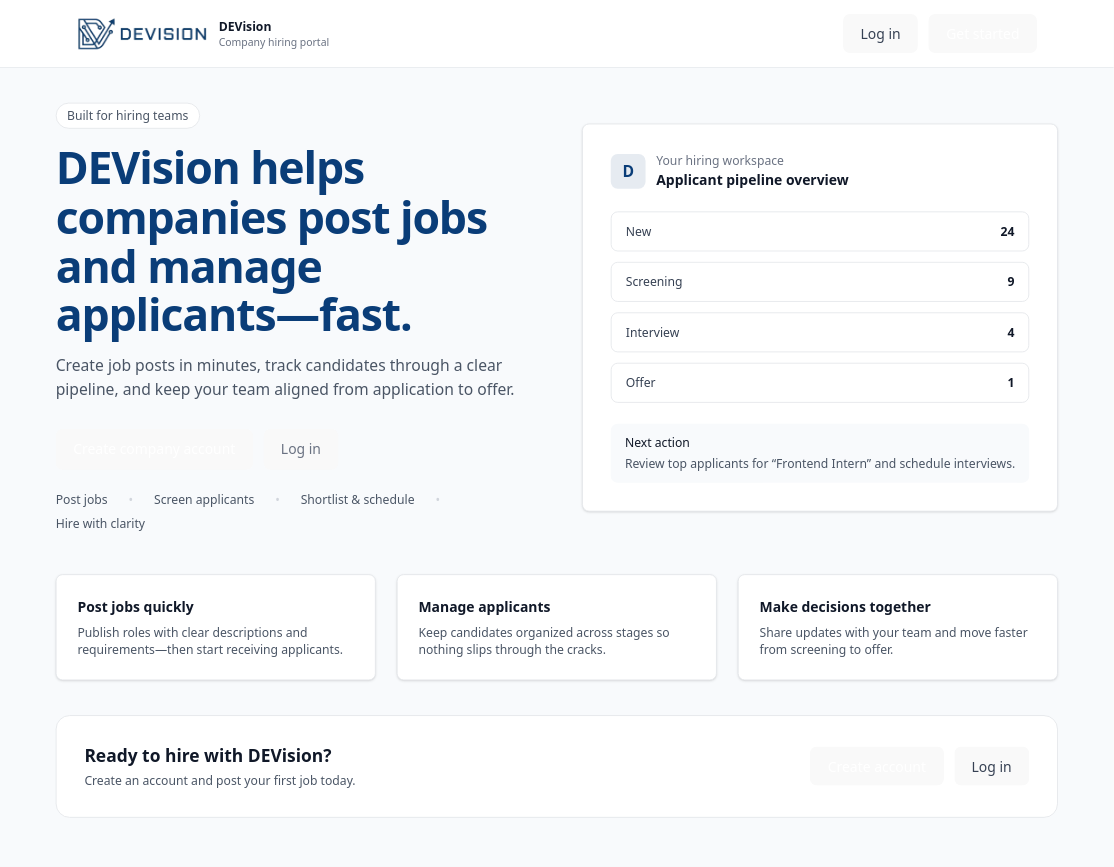
Repository: ISYS3461-2025C-Mulan-DEVision/JobManager_FE
Page: /
These files come from the project's save history. The page is drawn as it stood at one moment and after the next save; the edit follows.
The browser window is 1280 px wide. The pictures show the whole page, at 87% of full size.
The project was rebuilt for these pictures with package versions that can differ from the ones it lists, and the page was loaded fresh each time. Also part of the build but not shown: vite.config.js, src/components/ui/Input/Input.tsx, src/components/ui/Spinner/Spinner.tsx, src/components/ui/Alert/Alert.tsx, src/components/ui/GoogleLogo/GoogleLogo.tsx, src/components/headless/Form/Form.tsx, src/components/headless/Form/index.ts, src/components/headless/Table/useTable.ts and 18 more.

Above is the page before, as saved 2025-12-12 15:32:10.

### index.html
<!doctype html>
<html lang="en">
  <head>
    <meta charset="UTF-8" />
    <link rel="icon" type="image/svg+xml" href="/logo/logo-icon.png" />
    <meta name="viewport" content="width=device-width, initial-scale=1.0" />
    <title>jobmanager-fe</title>
  </head>
  <body>
    <div id="root"></div>
    <script type="module" src="/src/main.jsx"></script>
  </body>
</html>

### src/main.tsx
import React, { StrictMode } from "react";
import { createRoot } from "react-dom/client";
import "./index.css";
import { BrowserRouter } from "react-router-dom";
import App from "./App.js";
import { Provider } from "react-redux";
import store from "./store/index.js";

const container = document.getElementById("root")!;
if (!container) {
    throw new Error("Root container not found");
} else {
    createRoot(container).render(
        <StrictMode>
            <Provider store={store}>
                <BrowserRouter>
                    <App />
                </BrowserRouter>
            </Provider>
        </StrictMode>,
    );
}

### src/index.css
@import "tailwindcss";

@theme {
  --color-heading: #0A3D78;
  --color-dark-blue: #1E293B;
  --color-background: #F8FAFC;
  --color-filled-button: #0A3D78;
}

:root {
    font-family: system-ui, Avenir, Helvetica, Arial, sans-serif;
    line-height: 1.5;
    font-weight: 400;

    color-scheme: light dark;
    color: rgba(255, 255, 255, 0.87);
    background-color: #242424;

    font-synthesis: none;
    text-rendering: optimizeLegibility;
    -webkit-font-smoothing: antialiased;
    -moz-osx-font-smoothing: grayscale;
}

a {
    font-weight: 500;
    color: #0A66C2;
    text-decoration: inherit;
}
a:hover {
    color: #0A66C2cc;
}

body {
    margin: 0;
    min-width: 320px;
    min-height: 100vh;
}

h1 {
    font-size: 3.2em;
    line-height: 1.1;
    font-weight: 700;
}

button {
    border-radius: 8px;
    border: 1px solid transparent;
    padding: 0.6em 1.2em;
    font-size: 1em;
    font-weight: 500;
    font-family: inherit;
    cursor: pointer;
    transition: border-color 0.25s;
}


/* button {
    border-radius: 8px;
    border: 1px solid transparent;
    padding: 0.6em 1.2em;
    font-size: 1em;
    font-weight: 500;
    font-family: inherit;
    background-color: #1a1a1a;
    cursor: pointer;
    transition: border-color 0.25s;
}
button:hover {
    border-color: #646cff;
}
button:focus,
button:focus-visible {
    outline: 4px auto -webkit-focus-ring-color;
} */

@media (prefers-color-scheme: light) {
    :root {
        color: #213547;
        background-color: #ffffff;
    }
    a:hover {
        color: #747bff;
    }
    button {
        background-color: #f9f9f9;
    }
}

### src/App.tsx
import { Routes, Route, Link, useLocation } from "react-router-dom";
import Home from "./pages/Home";
import LoginPage from "./pages/LoginPage";
import RegistrationPage from "./pages/RegistrationPage";
import { Button } from "./components/ui";

function App() {
    const location = useLocation();
    const isAuthPage = location.pathname === "/login" || location.pathname === "/register";

    return (
        <div className="min-h-screen bg-background">
            {!isAuthPage && (
                <header className="border-b border-gray-200 bg-white">
                    <div className="mx-auto flex max-w-6xl items-center justify-between px-6 py-4">
                        <Link to="/" className="flex items-center gap-3">
                            <img src="/logo/logo.png" alt="DEVision" className="h-9 w-auto" />
                            <div className="leading-tight">
                                <div className="text-sm font-semibold text-gray-900">DEVision</div>
                                <div className="text-xs text-gray-500">Company hiring portal</div>
                            </div>
                        </Link>

                        <nav className="flex items-center gap-3">
                            <Link to="/login" className="inline-flex">
                                <Button variant="ghost">Log in</Button>
                            </Link>
                            <Link to="/register" className="inline-flex">
                                <Button>Get started</Button>
                            </Link>
                        </nav>
                    </div>
                </header>
            )}

            <main className={!isAuthPage ? "" : ""}>
                <Routes>
                    <Route path="/" element={<Home />} />
                    <Route path="/login" element={<LoginPage />} />
                    <Route path="/register" element={<RegistrationPage />} />
                </Routes>
            </main>
        </div>
    );
}

export default App;

### src/store/index.ts
import configureStore from "./configureStore";
const store = configureStore();
export default store;

### src/pages/Home.tsx
import { Link } from "react-router-dom";
import { Button, Card } from "../components/ui";

export default function Home() {
    return (
        <div className="bg-background">
            <section className="px-6 pt-10 pb-12">
                <div className="mx-auto max-w-6xl">
                    <div className="grid gap-10 lg:grid-cols-2 lg:items-center">
                        <div>
                            <p className="inline-flex items-center rounded-full border border-gray-200 bg-white px-3 py-1 text-sm text-gray-600">
                                Built for hiring teams
                            </p>
                            <h1 className="mt-4 text-4xl font-bold tracking-tight text-heading sm:text-5xl">
                                DEVision helps companies post jobs and manage applicants—fast.
                            </h1>
                            <p className="mt-4 text-lg text-gray-600">
                                Create job posts in minutes, track candidates through a clear pipeline, and keep your team aligned
                                from application to offer.
                            </p>

                            <div className="mt-8 flex flex-col gap-3 sm:flex-row sm:items-center">
                                <Link to="/register" className="inline-flex">
                                    <Button size="lg">Create company account</Button>
                                </Link>
                                <Link to="/login" className="inline-flex">
                                    <Button variant="secondary" size="lg">
                                        Log in
                                    </Button>
                                </Link>
                            </div>

                            <div className="mt-6 flex flex-wrap gap-x-6 gap-y-2 text-sm text-gray-600">
                                <span>Post jobs</span>
                                <span className="text-gray-300">•</span>
                                <span>Screen applicants</span>
                                <span className="text-gray-300">•</span>
                                <span>Shortlist & schedule</span>
                                <span className="text-gray-300">•</span>
                                <span>Hire with clarity</span>
                            </div>
                        </div>

                        <div className="lg:justify-self-end">
                            <Card className="p-6 sm:p-8">
                                <div className="flex items-center gap-3">
                                    <div className="flex h-10 w-10 items-center justify-center rounded-lg bg-filled-button/10 text-heading">
                                        <span className="text-lg font-semibold">D</span>
                                    </div>
                                    <div>
                                        <div className="text-sm text-gray-500">Your hiring workspace</div>
                                        <div className="text-base font-semibold text-gray-900">Applicant pipeline overview</div>
                                    </div>
                                </div>

                                <div className="mt-6 grid gap-3">
                                    {[
                                        { label: "New", value: "24" },
                                        { label: "Screening", value: "9" },
                                        { label: "Interview", value: "4" },
                                        { label: "Offer", value: "1" },
                                    ].map((item) => (
                                        <div
                                            key={item.label}
                                            className="flex items-center justify-between rounded-lg border border-gray-200 bg-white px-4 py-3"
                                        >
                                            <div className="text-sm font-medium text-gray-700">{item.label}</div>
                                            <div className="text-sm font-semibold text-gray-900">{item.value}</div>
                                        </div>
                                    ))}
                                </div>

                                <div className="mt-6 rounded-lg bg-background px-4 py-3">
                                    <div className="text-sm font-medium text-gray-900">Next action</div>
                                    <div className="mt-1 text-sm text-gray-600">
                                        Review top applicants for “Frontend Intern” and schedule interviews.
                                    </div>
                                </div>
                            </Card>
                        </div>
                    </div>
                </div>
            </section>

            <section className="px-6 pb-14">
                <div className="mx-auto max-w-6xl">
                    <div className="grid gap-6 md:grid-cols-3">
                        <Card className="p-6">
                            <div className="text-base font-semibold text-gray-900">Post jobs quickly</div>
                            <p className="mt-2 text-sm text-gray-600">
                                Publish roles with clear descriptions and requirements—then start receiving applicants.
                            </p>
                        </Card>
                        <Card className="p-6">
                            <div className="text-base font-semibold text-gray-900">Manage applicants</div>
                            <p className="mt-2 text-sm text-gray-600">
                                Keep candidates organized across stages so nothing slips through the cracks.
                            </p>
                        </Card>
                        <Card className="p-6">
                            <div className="text-base font-semibold text-gray-900">Make decisions together</div>
                            <p className="mt-2 text-sm text-gray-600">
                                Share updates with your team and move faster from screening to offer.
                            </p>
                        </Card>
                    </div>

                    <div className="mt-10 rounded-2xl border border-gray-200 bg-white p-6 sm:p-8">
                        <div className="flex flex-col gap-4 sm:flex-row sm:items-center sm:justify-between">
                            <div>
                                <div className="text-xl font-semibold text-gray-900">Ready to hire with DEVision?</div>
                                <div className="mt-1 text-sm text-gray-600">Create an account and post your first job today.</div>
                            </div>
                            <div className="flex flex-col gap-3 sm:flex-row">
                                <Link to="/register" className="inline-flex">
                                    <Button>Create account</Button>
                                </Link>
                                <Link to="/login" className="inline-flex">
                                    <Button variant="ghost">Log in</Button>
                                </Link>
                            </div>
                        </div>
                    </div>
                </div>
            </section>
        </div>
    );
}

### src/components/ui/index.ts
// UI Components - Presentational components with styling
export * from "./Button";
export * from "./Input";
export * from "./Card";
export * from "./Spinner";
export * from "./Alert";
export * from "./GoogleLogo";

### src/store/configureStore.ts
import { createStore, applyMiddleware, Store } from "redux";
import { createLogger } from "redux-logger";
import createSagaMiddleware from "redux-saga";
import { enableBatching } from "redux-batched-actions";
import createReducer from "./reducers";
import rootSaga from "./saga";

const configureStore = (initialState = {}): Store => {
    const rootReducer = createReducer();
    const sagaMiddleware = createSagaMiddleware();

    const middlewares = [sagaMiddleware];

    const isDev = import.meta.env.VITE_NODE_ENV === "development";

    if (isDev) {
        const loggerMiddleware = createLogger({
            collapsed: () => true,
        });
        (middlewares as any[]).push(loggerMiddleware);
    }

    const store = createStore(
        enableBatching(rootReducer),
        initialState,
        applyMiddleware(...middlewares),
    );

    sagaMiddleware.run(rootSaga);

    return store;
};

export default configureStore;

### src/components/ui/Button/index.ts
export { Button } from "./Button";
export type { ButtonProps } from "./Button";

### src/components/ui/Input/index.ts
export { Input } from "./Input";
export type { InputProps } from "./Input";

### src/components/ui/Card/index.ts
export { Card, CardHeader, CardBody, CardFooter } from "./Card";
export type { CardProps } from "./Card";

### src/components/ui/Spinner/index.ts
export { Spinner } from "./Spinner";
export type { SpinnerProps } from "./Spinner";

### src/components/ui/Alert/index.ts
export { Alert } from "./Alert";
export type { AlertProps } from "./Alert";

### src/components/ui/GoogleLogo/index.ts
export { GoogleLogo } from "./GoogleLogo";
export type { GoogleLogoProps } from "./GoogleLogo";

### src/store/reducers.ts
import { combineReducers } from "redux";
import { reducers } from "../redux";
import _ from "lodash";

const appReducer = combineReducers(reducers);
export default function createReducer() {
    const rootReducer = (state, action) => {
        if (action.type === "FORCE_UPDATE_GLOBAL_STATE") {
            return appReducer(_.cloneDeep(action.payload), action as never);
        }
        return appReducer(state, action as never);
    };

    return rootReducer;
}

### src/store/saga.ts
import { all, fork } from "redux-saga/effects";
import { sagas } from "../redux";

export default function* rootSaga() {
    yield all([...Object.values(sagas)].map(fork));
}

### src/components/ui/Button/Button.tsx
import React from "react";
import clsx from "clsx";

export interface ButtonProps extends React.ButtonHTMLAttributes<HTMLButtonElement> {
    variant?: "primary" | "secondary" | "outline" | "ghost" | "danger";
    size?: "sm" | "md" | "lg";
    isLoading?: boolean;
    fullWidth?: boolean;
    children: React.ReactNode;
}

export const Button: React.FC<ButtonProps> = ({
    variant = "primary",
    size = "md",
    isLoading = false,
    fullWidth = false,
    className,
    disabled,
    children,
    ...props
}) => {
    const baseStyles =
        "font-medium rounded-lg transition-[border-color] duration-250 focus:outline-none focus:ring-2 focus:ring-offset-2 disabled:opacity-50 disabled:cursor-not-allowed border border-transparent cursor-pointer";

    const variants = {
        primary: "bg-filled-button text-white hover:bg-filled-button/90 focus:ring-filled-button",
        secondary:
            "bg-zinc-200 text-gray-500 hover:bg-zinc-600 hover:text-white focus:ring-zinc-500",
        outline:
            "border border-heading-text text-heading hover:bg-heading-text/10 focus:ring-heading-text",
        ghost: "text-gray-700 hover:bg-gray-100 focus:ring-gray-500",
        danger: "bg-red-600 text-white hover:bg-red-700 focus:ring-red-500",
    };

    const sizes = {
        sm: "px-3 py-1.5 text-sm",
        md: "px-5 py-2.5 text-base",
        lg: "px-6 py-3 text-lg",
    };

    return (
        <button
            className={clsx(
                baseStyles,
                variants[variant],
                sizes[size],
                fullWidth && "w-full",
                className,
            )}
            disabled={disabled || isLoading}
            {...props}
        >
            {isLoading ? (
                <span className="flex items-center justify-center">
                    <svg
                        className="animate-spin -ml-1 mr-2 h-4 w-4"
                        fill="none"
                        viewBox="0 0 24 24"
                    >
                        <circle
                            className="opacity-25"
                            cx="12"
                            cy="12"
                            r="10"
                            stroke="currentColor"
                            strokeWidth="4"
                        />
                        <path
                            className="opacity-75"
                            fill="currentColor"
                            d="M4 12a8 8 0 018-8V0C5.373 0 0 5.373 0 12h4zm2 5.291A7.962 7.962 0 014 12H0c0 3.042 1.135 5.824 3 7.938l3-2.647z"
                        />
                    </svg>
                    Loading...
                </span>
            ) : (
                children
            )}
        </button>
    );
};

### src/components/ui/Card/Card.tsx
import React from "react";
import clsx from "clsx";

export interface CardProps {
  children: React.ReactNode;
  className?: string;
  padding?: "none" | "sm" | "md" | "lg";
  hover?: boolean;
}

export const Card: React.FC<CardProps> = ({
  children,
  className,
  padding = "md",
  hover = false,
}) => {
  const paddingStyles = {
    none: "",
    sm: "p-3",
    md: "p-4",
    lg: "p-6",
  };

  return (
    <div
      className={clsx(
        "bg-white rounded-lg border border-gray-200 shadow-sm",
        paddingStyles[padding],
        hover && "hover:shadow-md transition-shadow cursor-pointer",
        className
      )}
    >
      {children}
    </div>
  );
};

export const CardHeader: React.FC<{
  children: React.ReactNode;
  className?: string;
}> = ({ children, className }) => (
  <div className={clsx("border-b border-gray-200 pb-3 mb-3", className)}>
    {children}
  </div>
);

export const CardBody: React.FC<{
  children: React.ReactNode;
  className?: string;
}> = ({ children, className }) => <div className={className}>{children}</div>;

export const CardFooter: React.FC<{
  children: React.ReactNode;
  className?: string;
}> = ({ children, className }) => (
  <div className={clsx("border-t border-gray-200 pt-3 mt-3", className)}>
    {children}
  </div>
);

### src/redux/index.ts
const loadModules = (modules: Record<string, any>, hasDefault = false) =>
    Object.entries(modules).map(([path, mod]) => {
        const parts = path.split("/");
        return {
            name: parts.at(-1)!.replace(".js", "").toUpperCase(),
            key: parts.at(-2)!,
            data: hasDefault ? mod.default : mod,
        };
    });

const rawActions = loadModules(
    import.meta.glob("./**/actions.ts", { eager: true }),
    true,
);

const rawTypes = loadModules(
    import.meta.glob("./**/types.ts", { eager: true }),
    false,
);

const rawReducers = loadModules(
    import.meta.glob("./**/reducer.ts", { eager: true }),
    true,
);

const rawSagas = loadModules(
    import.meta.glob("./**/saga.ts", { eager: true }),
    false,
);

// Final exports
export const actions = rawActions.reduce((p, e) => ({ ...p, ...e.data }), {});
export const types = rawTypes.reduce((p, e) => ({ ...p, ...e.data }), {});
export const reducers = rawReducers.reduce(
    (p, e) => ({ ...p, [e.key]: e.data }),
    {},
);
export const sagas = rawSagas.reduce((p, e) => ({ ...p, ...e.data }), {});

### src/redux/app/actions.ts
import * as types from "./type";

const setLoading = (payload: boolean) => ({ type: types.SET_LOADING, payload });
const setError = (payload: string | null) => ({
    type: types.SET_ERROR,
    payload,
});
const setInitialized = (payload: boolean) => ({
    type: types.SET_INITIALIZED,
    payload,
});
const reset = () => ({ type: types.RESET });

const toggleLoadingAsync = (payload: boolean) => ({
    type: types.TOGGLE_LOADING_ASYNC,
    payload,
});

export default {
    setLoading,
    setError,
    setInitialized,
    reset,
    toggleLoadingAsync,
};

### src/redux/app/reducer.ts
import * as types from "./type";
export interface AppState {
    loading: boolean;
    error: string | null;
    initialized?: boolean;
    test: string;
}

const INITIAL_STATE: AppState = {
    loading: true,
    error: null,
    initialized: false,
    test: "test",
};

type Action = { type: string; payload?: any };

export default function appReducer(
    state: AppState = INITIAL_STATE,
    action: Action,
): AppState {
    switch (action.type) {
        case types.SET_LOADING:
            return { ...state, loading: !!action.payload };
        case types.SET_ERROR:
            return { ...state, error: action.payload ?? null, loading: false };
        case types.SET_INITIALIZED:
            return { ...state, initialized: !!action.payload };
        case types.RESET:
            return { ...INITIAL_STATE };
        default:
            return state;
    }
}

### src/redux/app/saga.ts
import { takeEvery, put, delay } from "redux-saga/effects";
import * as types from "./type";
import actions from "./actions";

function* handleToggleLoading(action: any) {
    yield delay(300);
    yield put(actions.setLoading(action.payload));
}

export function* watchToggleLoading() {
    yield takeEvery(types.TOGGLE_LOADING_ASYNC, handleToggleLoading);
}

### src/redux/app/type.ts
const prefix = "APP/";

export const SET_LOADING = `${prefix}SET_LOADING`;
export const SET_ERROR = `${prefix}SET_ERROR`;
export const SET_INITIALIZED = `${prefix}SET_INITIALIZED`;
export const RESET = `${prefix}RESET`;

// test async action
export const TOGGLE_LOADING_ASYNC = `${prefix}TOGGLE_LOADING_ASYNC`;

After the next save:
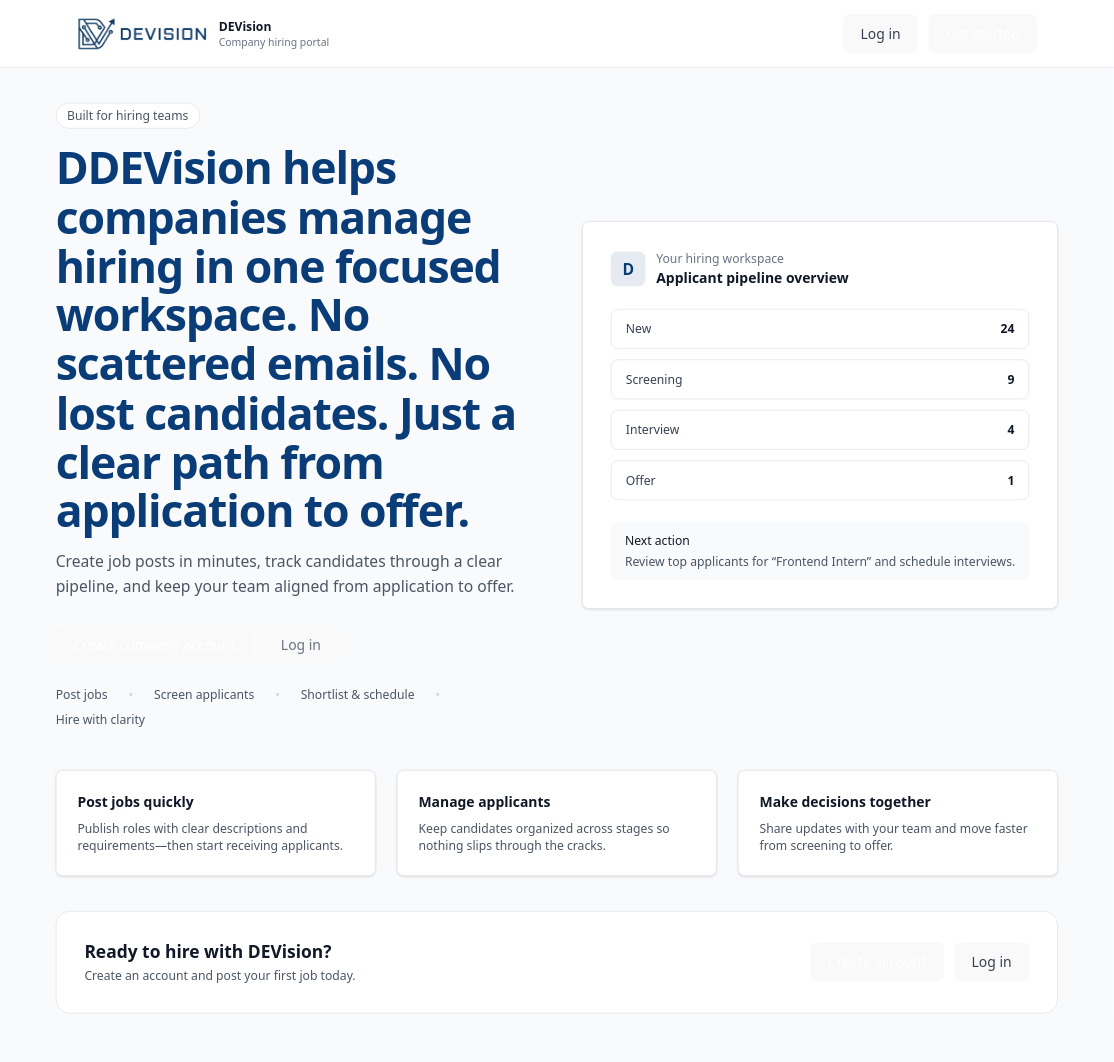
Saved 3 min 17 s later.
--- a/src/pages/Home.tsx
+++ b/src/pages/Home.tsx
@@ -12,7 +12,8 @@ export default function Home() {
                                 Built for hiring teams
                             </p>
                             <h1 className="mt-4 text-4xl font-bold tracking-tight text-heading sm:text-5xl">
-                                DEVision helps companies post jobs and manage applicants—fast.
+                                DDEVision helps companies manage hiring in one focused workspace.
+                                No scattered emails. No lost candidates. Just a clear path from application to offer.
                             </h1>
                             <p className="mt-4 text-lg text-gray-600">
                                 Create job posts in minutes, track candidates through a clear pipeline, and keep your team aligned
